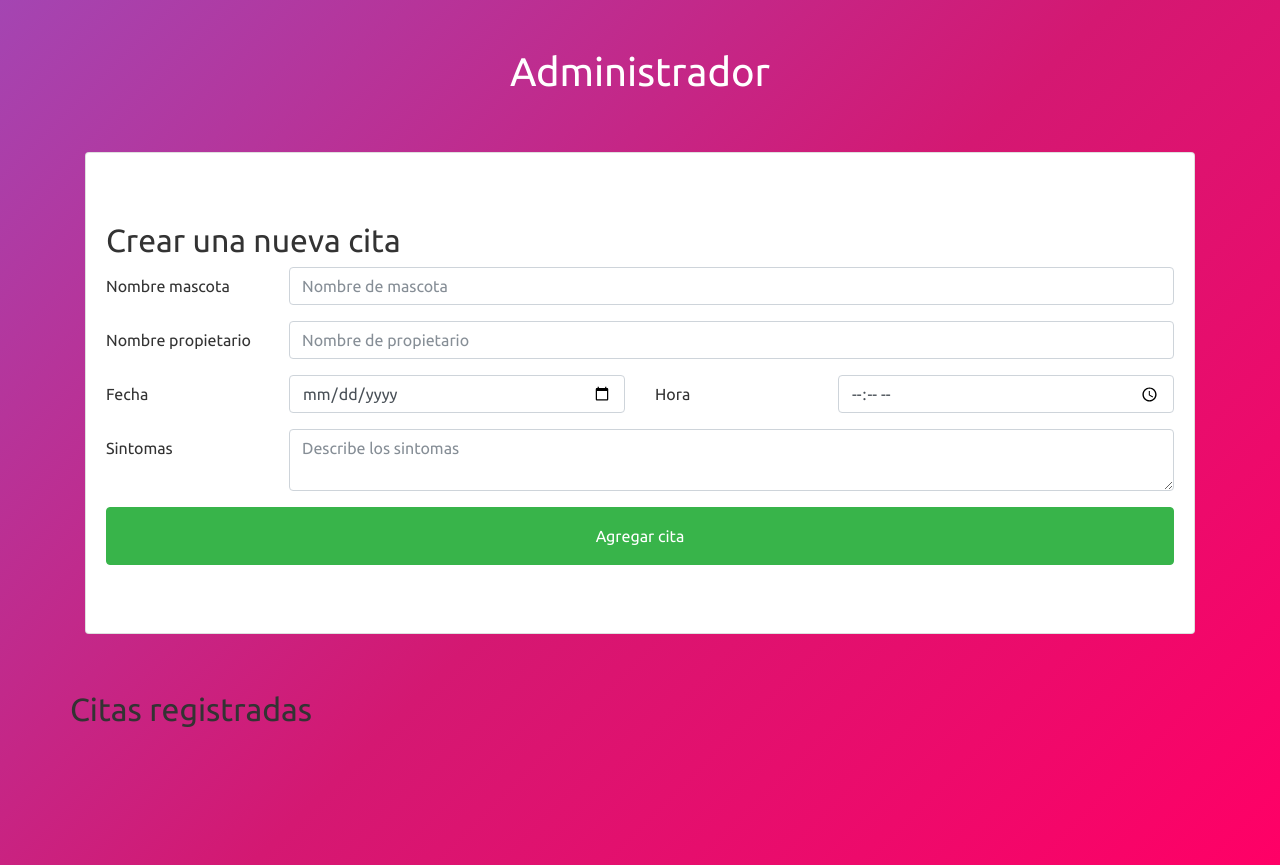
Repository: harrycampaz/react-veterinario-form
Page: /
The author's editor kept a copy of each file at every save. The page is drawn from the files as they stood at one save, then again after the next save.
The browser window is 1280 px wide. The pictures show the whole page.
The project was rebuilt for these pictures with package versions that can differ from the ones it lists, and the page was loaded fresh each time.

Above is the page before, as saved 2020-01-16 16:47:26.

After the next save:
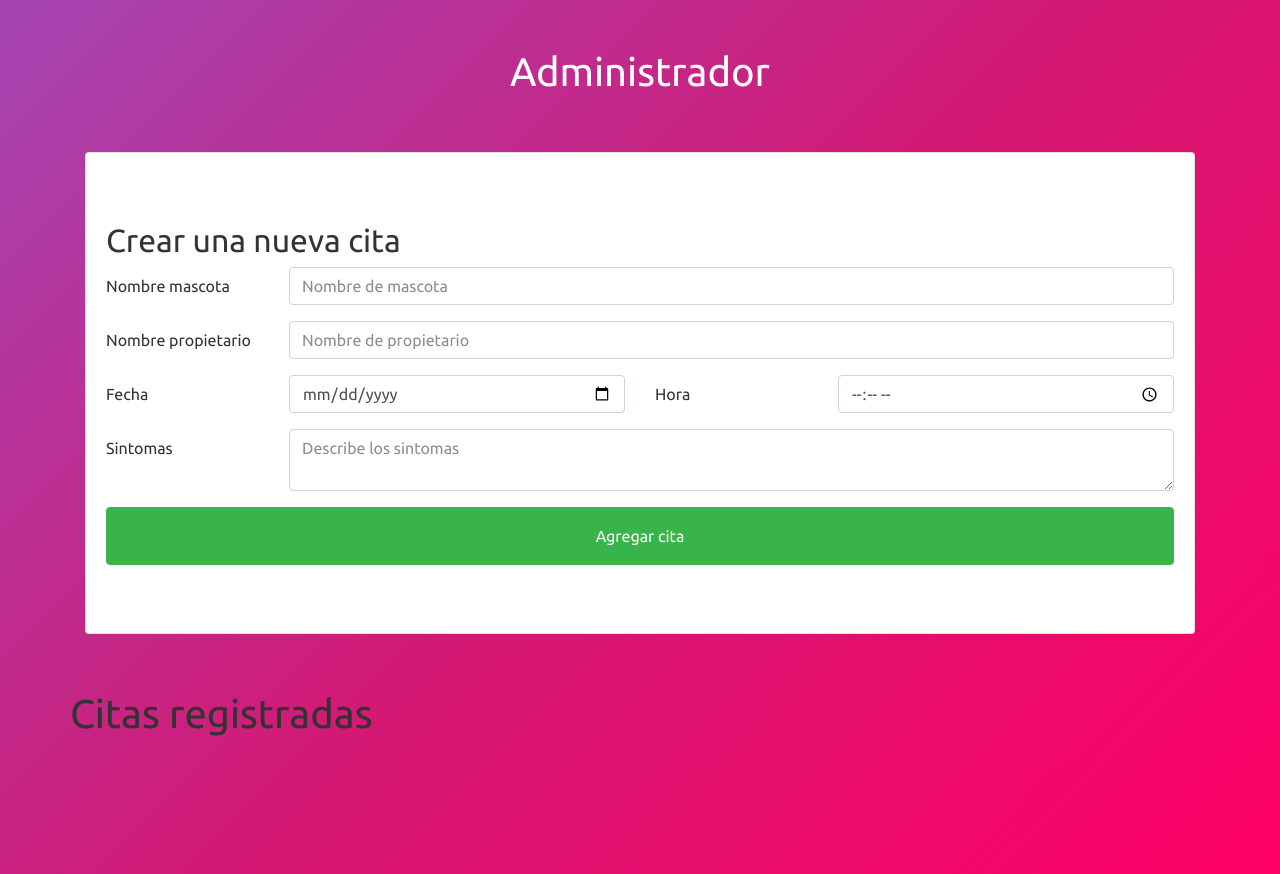
Saved 13 s later.
--- a/src/components/layout/ListCitas.js
+++ b/src/components/layout/ListCitas.js
@@ -4,7 +4,7 @@
     return (
         <div className="mt-2 py-5">
           <div>
-              <h2 className="text-center">Citas registradas</h2>
+              <h1 className="text-center">Citas registradas</h1>
           </div>
         </div>
     );

After the save that followed:
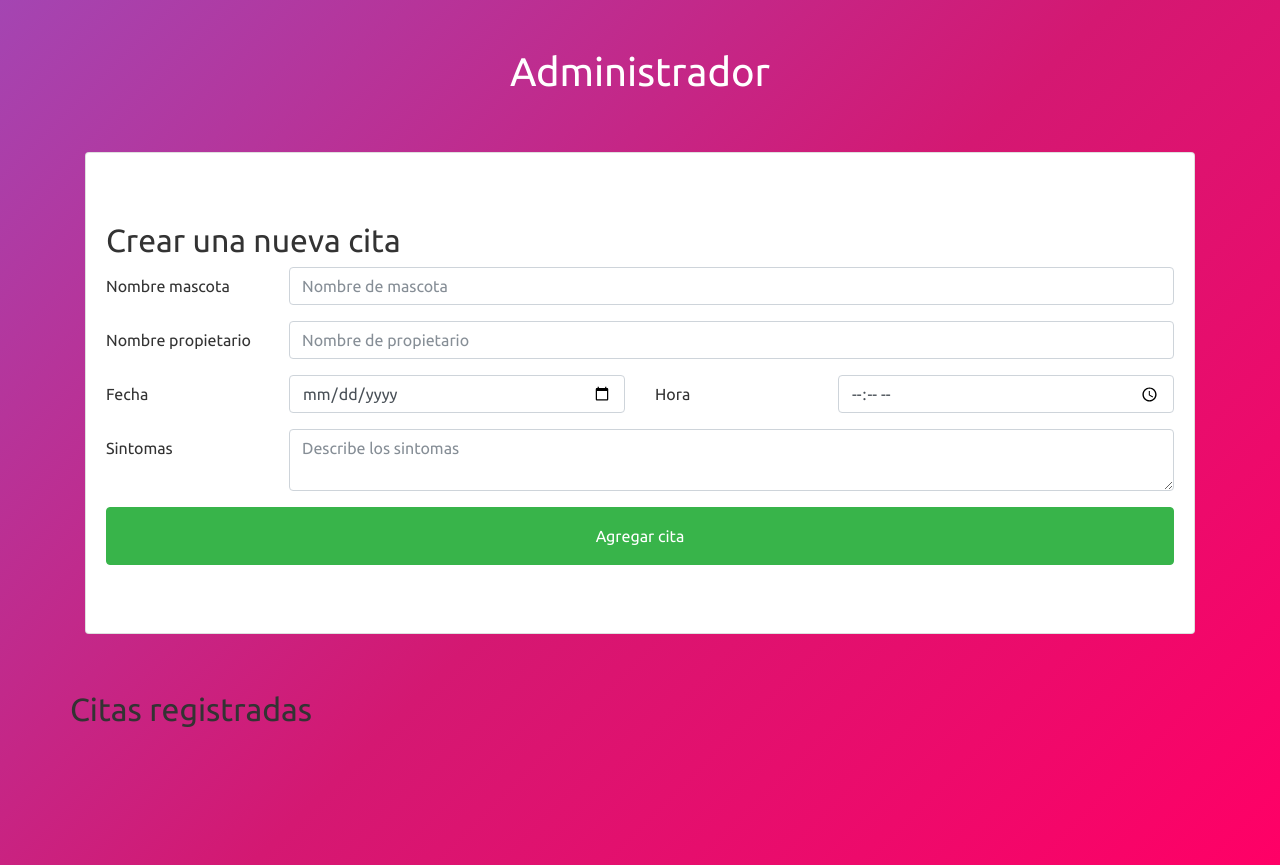
Saved 11 s later.
--- a/src/components/layout/ListCitas.js
+++ b/src/components/layout/ListCitas.js
@@ -4,7 +4,7 @@
     return (
         <div className="mt-2 py-5">
           <div>
-              <h1 className="text-center">Citas registradas</h1>
+              <h2 className="text-center">Citas registradas</h2>
           </div>
         </div>
     );
